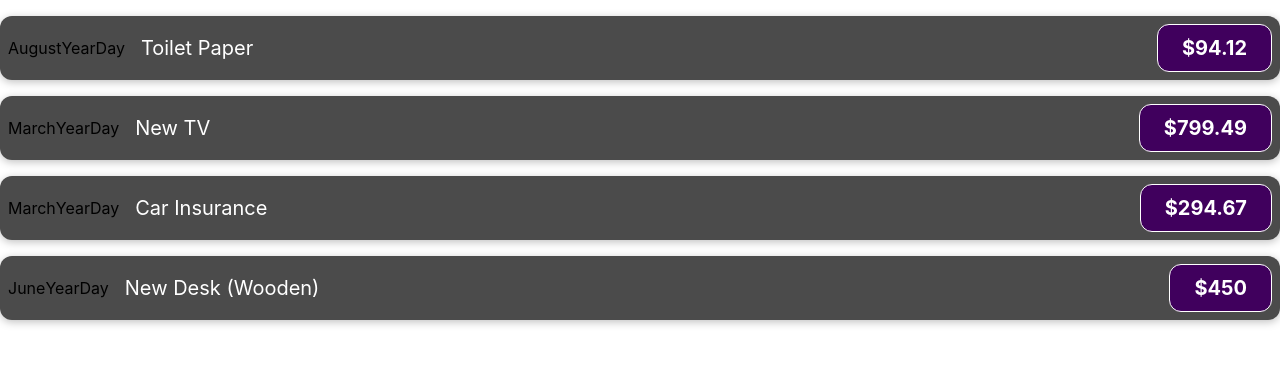
Repository: Sef24/expense-tracker
Page: /
An editor plug-in stored every save of this project. The page is shown before and after the next save, followed by the edit.
The browser window is 1280 px wide. The pictures show the whole page.
The project was rebuilt for these pictures with package versions that can differ from the ones it lists, and the page was loaded fresh each time.

Above is the page before, as saved 2022-04-21 21:25:43.

### public/index.html
<!DOCTYPE html>
<html lang="en">
  <head>
    <meta charset="utf-8" />
    <link rel="icon" href="%PUBLIC_URL%/favicon.ico" />
    <meta name="viewport" content="width=device-width, initial-scale=1" />

    <meta
      name="description"
      content="Web site created using create-react-app"
    />
    <link rel="apple-touch-icon" href="%PUBLIC_URL%/logo192.png" />
    <!--
      manifest.json provides metadata used when your web app is installed on a
      user's mobile device or desktop. See https://developers.google.com/web/fundamentals/web-app-manifest/
    -->
    <link rel="manifest" href="%PUBLIC_URL%/manifest.json" />
    <!--
      Notice the use of %PUBLIC_URL% in the tags above.
      It will be replaced with the URL of the `public` folder during the build.
      Only files inside the `public` folder can be referenced from the HTML.

      Unlike "/favicon.ico" or "favicon.ico", "%PUBLIC_URL%/favicon.ico" will
      work correctly both with client-side routing and a non-root public URL.
      Learn how to configure a non-root public URL by running `npm run build`.
    -->
    <title>React App</title>
  </head>
  <body>
    <noscript>You need to enable JavaScript to run this app.</noscript>
    <div id="root"></div>
    <!--
      This HTML file is a template.
      If you open it directly in the browser, you will see an empty page.

      You can add webfonts, meta tags, or analytics to this file.
      The build step will place the bundled scripts into the <body> tag.

      To begin the development, run `npm start` or `yarn start`.
      To create a production bundle, use `npm run build` or `yarn build`.
    -->
  </body>
</html>

### src/App.js
import ExpenseItem from "./components/ExpenseItem";

function App() {
  const expenses = [
    {
      id: "e1",
      title: "Toilet Paper",
      amount: 94.12,
      date: new Date(2020, 7, 14),
    },
    { id: "e2", title: "New TV", amount: 799.49, date: new Date(2021, 2, 12) },
    {
      id: "e3",
      title: "Car Insurance",
      amount: 294.67,
      date: new Date(2021, 2, 28),
    },
    {
      id: "e4",
      title: "New Desk (Wooden)",
      amount: 450,
      date: new Date(2021, 5, 12),
    },
  ];
  return (
    <div>
      <h2></h2>
      <ExpenseItem
        title={expenses[0].title}
        amount={expenses[0].amount}
        date={expenses[0].date}
      />

      <ExpenseItem
        title={expenses[1].title}
        amount={expenses[1].amount}
        date={expenses[1].date}
      />
      <ExpenseItem
        title={expenses[2].title}
        amount={expenses[2].amount}
        date={expenses[2].date}
      />
      <ExpenseItem
        title={expenses[3].title}
        amount={expenses[3].amount}
        date={expenses[3].date}
      />
    </div>
  );
}

export default App;

### src/components/ExpenseItem.js
import React from "react";
import "./ExpenseItem.css";

function ExpenseItem(props) {
  return (
    <div className="expense-item">
      <div>{props.date.toLocaleString("en-US", { month: "long" })}</div>
      <div>Year</div>
      <div>Day</div>

      <div className="expense-item__description">
        <h2>{props.title}</h2>

        <div className="expense-item__price">${props.amount}</div>
      </div>
    </div>
  );
}

export default ExpenseItem;

### src/components/ExpenseItem.css
.expense-item {
  display: flex;
  justify-content: space-between;
  align-items: center;
  box-shadow: 0 2px 8px rgba(0, 0, 0, 0.25);
  padding: 0.5rem;
  margin: 1rem 0;
  border-radius: 12px;
  background-color: #4b4b4b;
}

.expense-item__description {
  display: flex;
  flex-direction: column;
  gap: 1rem;
  align-items: flex-end;
  flex-flow: column-reverse;
  justify-content: flex-start;
  flex: 1;
}

.expense-item h2 {
  color: #3a3a3a;
  font-size: 1rem;
  flex: 1;
  margin: 0 1rem;
  color: white;
}

.expense-item__price {
  font-size: 1rem;
  font-weight: bold;
  color: white;
  background-color: #40005d;
  border: 1px solid white;
  padding: 0.5rem;
  border-radius: 12px;
}

@media (min-width: 580px) {
  .expense-item__description {
    flex-direction: row;
    align-items: center;
    justify-content: flex-start;
    flex: 1;
  }

  .expense-item__description h2 {
    font-size: 1.25rem;
  }

  .expense-item__price {
    font-size: 1.25rem;
    padding: 0.5rem 1.5rem;
  }
}

Loaded but not shown: src/index.js (common file); src/index.css (common file); tailwind.config.js (common file)

After the next save:
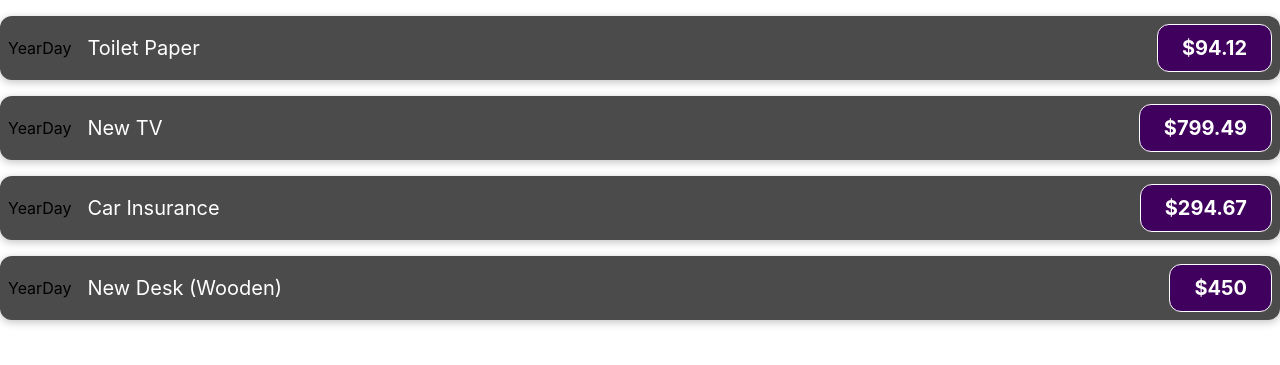
Saved 2 min 24 s later.
--- a/src/components/ExpenseItem.js
+++ b/src/components/ExpenseItem.js
@@ -2,9 +2,13 @@ import React from "react";
 import "./ExpenseItem.css";
 
 function ExpenseItem(props) {
+  const month = props.date.toLocaleString("en-US", { month: "long" });
+  const day = props.date.getDate();
+  const year = props.date.toLocaleString("en-US", { year: "numeric" });
+
   return (
     <div className="expense-item">
-      <div>{props.date.toLocaleString("en-US", { month: "long" })}</div>
+      <div>{}</div>
       <div>Year</div>
       <div>Day</div>
 
